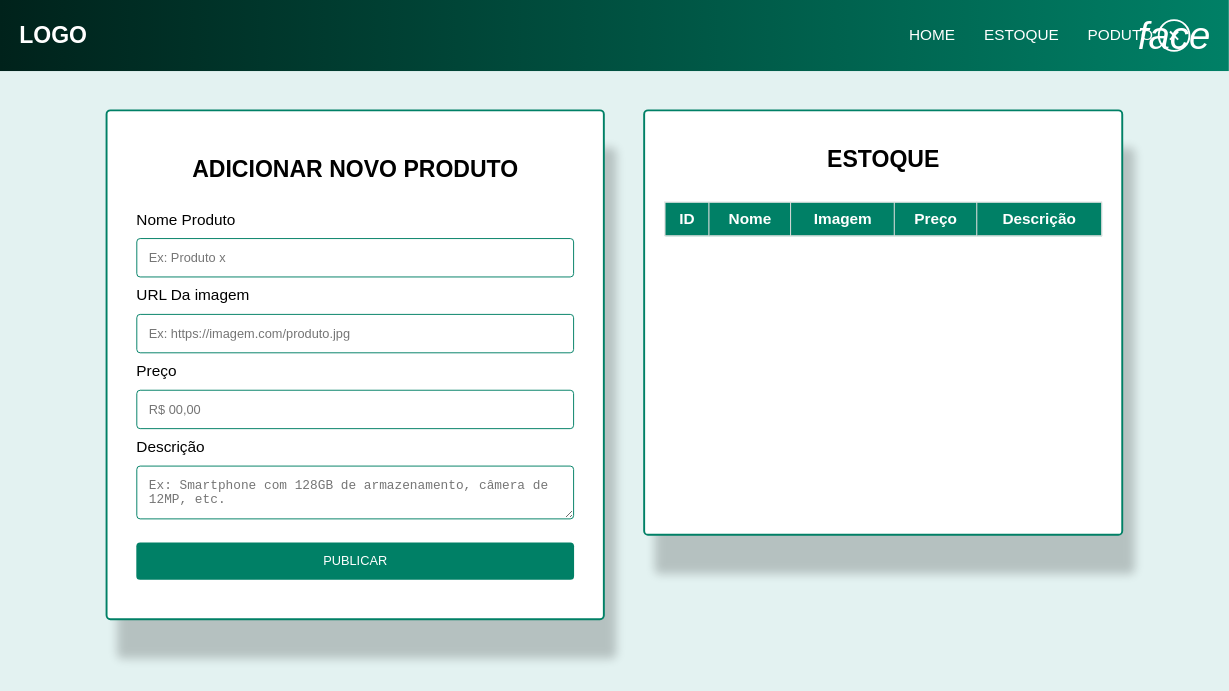
Repository: KleilsonDJ/Proj.PI_BD
Page: http://localhost/Estoque/Gerenciador_do_Estoque
An editor plug-in stored every save of this project. The page is shown before and after the next save, followed by the edit.
The browser window is 1280 px wide. The pictures show the whole page, at 96% of full size.
The page is this project's Thymeleaf template; nobody is signed in. The template is opened directly, without the code that normally fills it, so the values that code supplies are empty.

Above is the page before, as saved 2024-11-28 16:17:45.

After the next save:
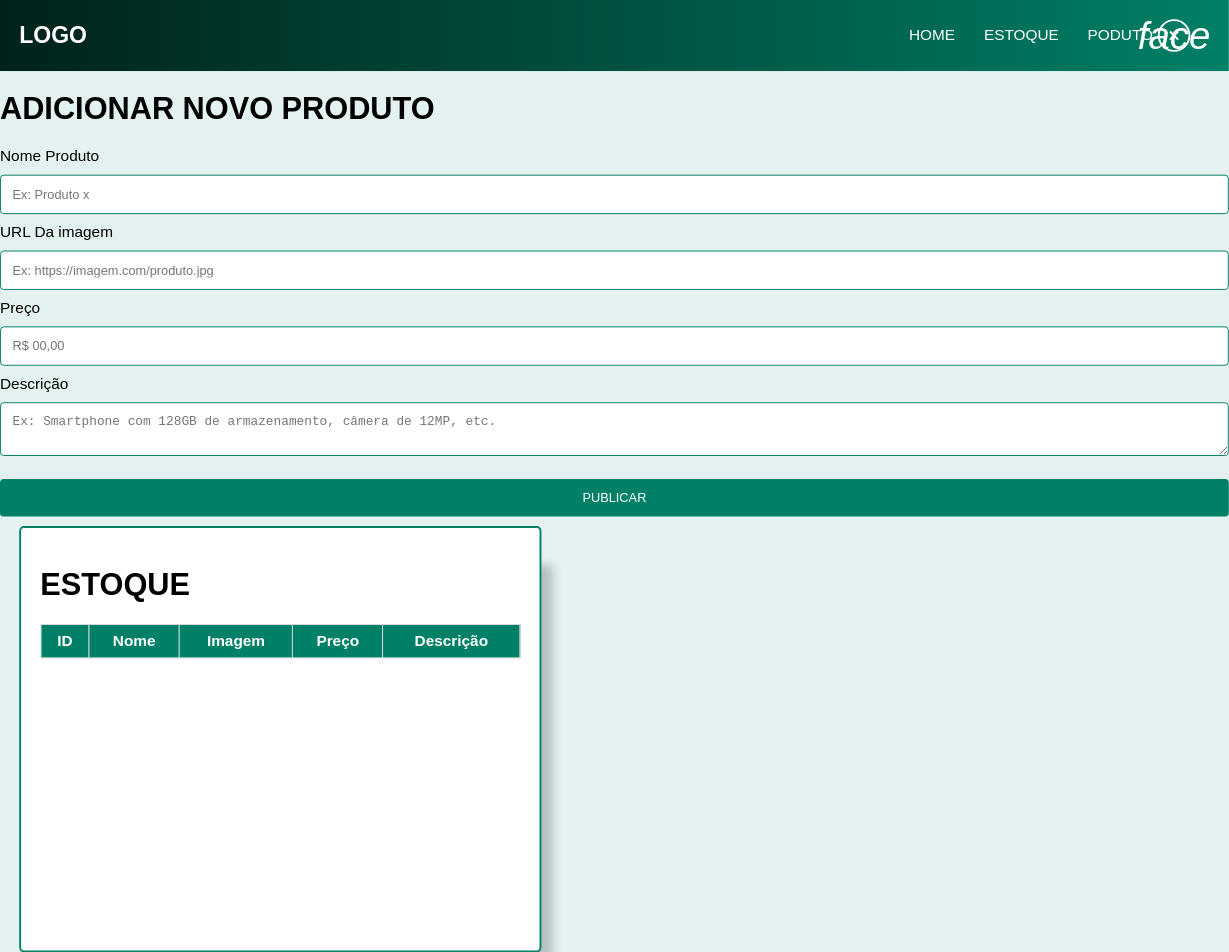
Saved 53 s later.
--- a/Proj.PI_BD-main/src/main/resources/templates/Estoque/Gerenciador_do_Estoque.html
+++ b/Proj.PI_BD-main/src/main/resources/templates/Estoque/Gerenciador_do_Estoque.html
@@ -3,6 +3,8 @@
 <head>
 <meta charset="UTF-8">
 <title>GERENCIAR O ESTOQUE</title>
+    <!-- Arquivo de estilo externo -->
+    <link rel="stylesheet" type="text/css" href="/Menu_Estilo.css">
 
 
 <link href="https://fonts.googleapis.com/icon?family=Material+Icons"
@@ -21,115 +23,7 @@
 	background-color: #e3f2f1; /* Cor do fundo */
 }
 
-/* Estilo do cabeçalho */
-header {
-	background: linear-gradient(to right, #00221B, #008066);
-	padding: 20px;
-	color: #fff;
-	display: flex;
-	justify-content: space-between;
-	align-items: center;
-}
 
-/* Configuração da logo */
-.logo {
-	font-size: 24px;
-	font-weight: bold;
-	text-transform: uppercase;
-	text-decoration: none;
-	color: #fff;
-}
-
-/* Estilo da navegação no cabeçalho */
-nav {
-	display: flex;
-	margin-left: auto;
-}
-
-nav ul {
-	list-style: none;
-	margin: 0;
-	padding: 0;
-	display: flex;
-}
-
-nav li {
-	margin-left: 20px;
-}
-
-nav a {
-	text-decoration: none;
-	color: #fff;
-	text-transform: uppercase;
-	position: relative;
-	padding: 5px;
-	transition: background-color 0.3s;
-}
-
-/* Efeito ao passar o mouse nos links */
-nav a:hover {
-	background: linear-gradient(to right, #00BFFF, #00FF7F);
-	color: #fff;
-	border-radius: 5px;
-}
-
-/* Estilo do ícone no cabeçalho */
-.globe {
-	width: 30px;
-	height: 30px;
-	border-radius: 50%;
-	border: 2px solid #fff;
-	display: flex;
-	justify-content: center;
-	align-items: center;
-	margin-right: 20px;
-	position: relative;
-}
-
-/* Estilo adicional para o ícone do globo */
-.globe::before, .globe::after {
-	content: "";
-	width: 12px;
-	height: 2px;
-	background-color: #fff;
-	position: absolute;
-}
-
-.globe::before {
-	transform: rotate(45deg);
-}
-
-.globe::after {
-	transform: rotate(-45deg);
-}
-
-/* Estilo do container principal */
-.container-wrapper {
-	display: flex;
-	width: 100%;
-	max-width: 1100px;
-	margin: 20px auto 50px;
-	padding-top: 20px;
-	justify-content: center;
-}
-
-/* Estilo dos elementos do formulário */
-.container {
-	width: 500px;
-	margin: 0 20px;
-	background-color: #fff;
-	padding: 30px;
-	border-radius: 5px;
-	border: 2px solid #008066;
-	box-shadow: 12px 40px 10px rgba(0, 0, 0, 0.2);
-}
-
-h1 {
-	text-align: center;
-	margin-bottom: 30px;
-	font-size: 1.5rem;
-	color: #000;
-}
 
 /* Configuração de campos de texto e áreas de texto */
 input[type="text"], textarea {

After the save that followed:
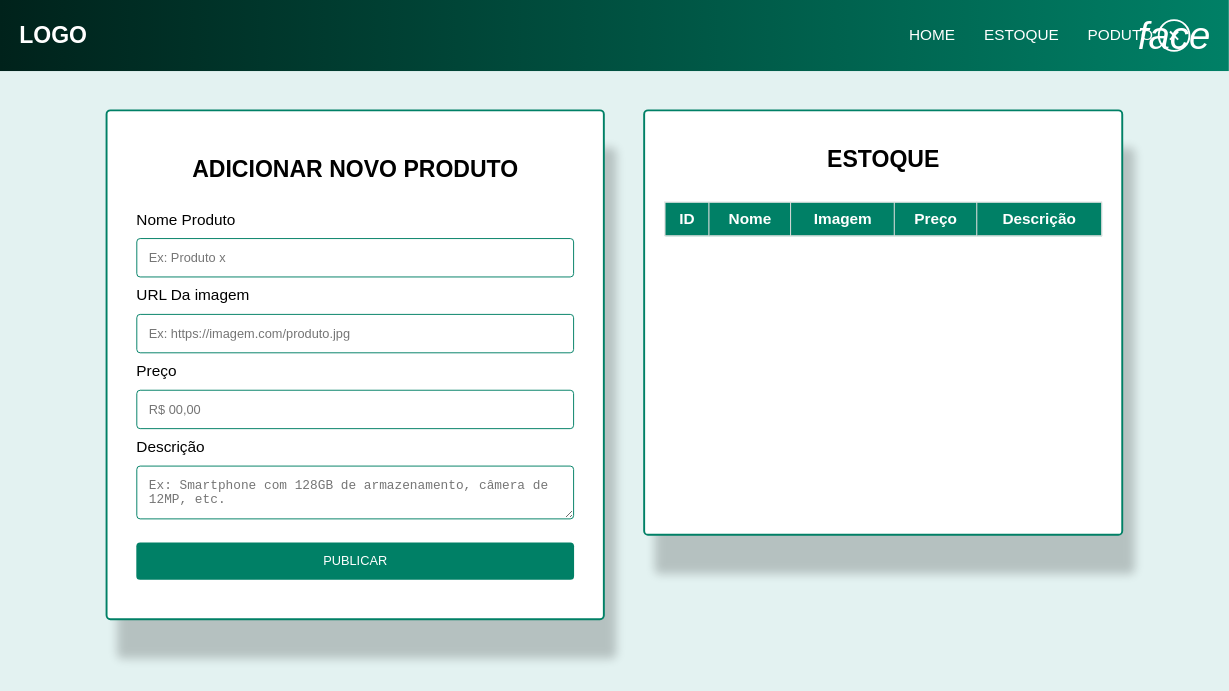
Saved 21 s later.
--- a/Proj.PI_BD-main/src/main/resources/templates/Estoque/Gerenciador_do_Estoque.html
+++ b/Proj.PI_BD-main/src/main/resources/templates/Estoque/Gerenciador_do_Estoque.html
@@ -23,7 +23,115 @@
 	background-color: #e3f2f1; /* Cor do fundo */
 }
 
-
+/* Estilo do cabeçalho */
+header {
+	background: linear-gradient(to right, #00221B, #008066);
+	padding: 20px;
+	color: #fff;
+	display: flex;
+	justify-content: space-between;
+	align-items: center;
+}
+
+/* Configuração da logo */
+.logo {
+	font-size: 24px;
+	font-weight: bold;
+	text-transform: uppercase;
+	text-decoration: none;
+	color: #fff;
+}
+
+/* Estilo da navegação no cabeçalho */
+nav {
+	display: flex;
+	margin-left: auto;
+}
+
+nav ul {
+	list-style: none;
+	margin: 0;
+	padding: 0;
+	display: flex;
+}
+
+nav li {
+	margin-left: 20px;
+}
+
+nav a {
+	text-decoration: none;
+	color: #fff;
+	text-transform: uppercase;
+	position: relative;
+	padding: 5px;
+	transition: background-color 0.3s;
+}
+
+/* Efeito ao passar o mouse nos links */
+nav a:hover {
+	background: linear-gradient(to right, #00BFFF, #00FF7F);
+	color: #fff;
+	border-radius: 5px;
+}
+
+/* Estilo do ícone no cabeçalho */
+.globe {
+	width: 30px;
+	height: 30px;
+	border-radius: 50%;
+	border: 2px solid #fff;
+	display: flex;
+	justify-content: center;
+	align-items: center;
+	margin-right: 20px;
+	position: relative;
+}
+
+/* Estilo adicional para o ícone do globo */
+.globe::before, .globe::after {
+	content: "";
+	width: 12px;
+	height: 2px;
+	background-color: #fff;
+	position: absolute;
+}
+
+.globe::before {
+	transform: rotate(45deg);
+}
+
+.globe::after {
+	transform: rotate(-45deg);
+}
+
+/* Estilo do container principal */
+.container-wrapper {
+	display: flex;
+	width: 100%;
+	max-width: 1100px;
+	margin: 20px auto 50px;
+	padding-top: 20px;
+	justify-content: center;
+}
+
+/* Estilo dos elementos do formulário */
+.container {
+	width: 500px;
+	margin: 0 20px;
+	background-color: #fff;
+	padding: 30px;
+	border-radius: 5px;
+	border: 2px solid #008066;
+	box-shadow: 12px 40px 10px rgba(0, 0, 0, 0.2);
+}
+
+h1 {
+	text-align: center;
+	margin-bottom: 30px;
+	font-size: 1.5rem;
+	color: #000;
+}
 
 /* Configuração de campos de texto e áreas de texto */
 input[type="text"], textarea {
